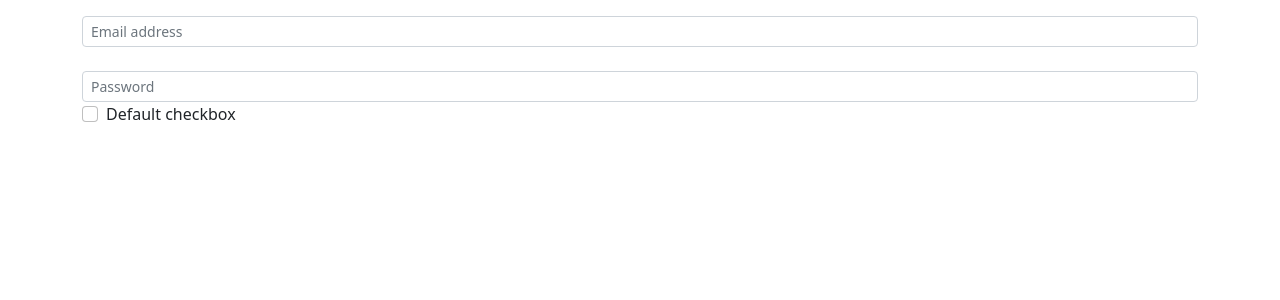
Repository: NPhanA/React2022
Page: / (app in Day 03-React/exercise/)
An editor plug-in stored every save of this project. The page is shown before and after the next save, followed by the edit.
The browser window is 1280 px wide. The pictures show the whole page.
The project was rebuilt for these pictures with package versions that can differ from the ones it lists, and the page was loaded fresh each time. Also part of the build but not shown: Day 03-React/exercise/src/App.css, Day 03-React/exercise/src/App.js, Day 03-React/exercise/src/Components/UserAgent.js, Day 03-React/exercise/src/Components/ProfileCard.js.

Above is the page before, as saved 2022-07-26 17:21:44.

### Day 03-React/exercise/src/index.js
import React from 'react';
import ReactDOM from 'react-dom/client';
import './index.css';
import App from './App';
import reportWebVitals from './reportWebVitals';
import 'bootstrap/dist/css/bootstrap.min.css';
import {createRoot} from 'react-dom/client';
import UserAgent from './Components/UserAgent';
import App1 from './Components/ProfileCard';
import ProfileCard from './Components/ProfileCard';
import SignInForm from './Components/SignInForm';
const container = document.getElementById('root');
const root = createRoot(container);
root.render(<SignInForm />);

### Day 03-React/exercise/src/Components/SignInForm.js
function SignInForm() {
    return (
        <div className="container ">
            <div className="row justify-content-center">
                <form>
                <div className="col-xs-12 col-xxl-3">
                <input type="email" className="form-control form-control-sm mt-3 mb-4" placeholder="Email address" required></input>
                <input type="password" className="form-control form-control-sm" placeholder="Password" required></input>
                </div>
                </form>
                <form className="form-inline">
                <div class="form-check">
                <input className="form-check-input" type="checkbox" value="" id="flexCheckDefault"></input>
                    <label class="form-check-label" for="flexCheckDefault">
                     Default checkbox
                </label>
</div>
                </form>
            </div>
        </div>
    );
}

export default SignInForm;

Loaded but not shown: Day 03-React/exercise/public/index.html (common file); Day 03-React/exercise/src/index.css (common file); Day 03-React/exercise/src/reportWebVitals.js (common file)

After the next save:
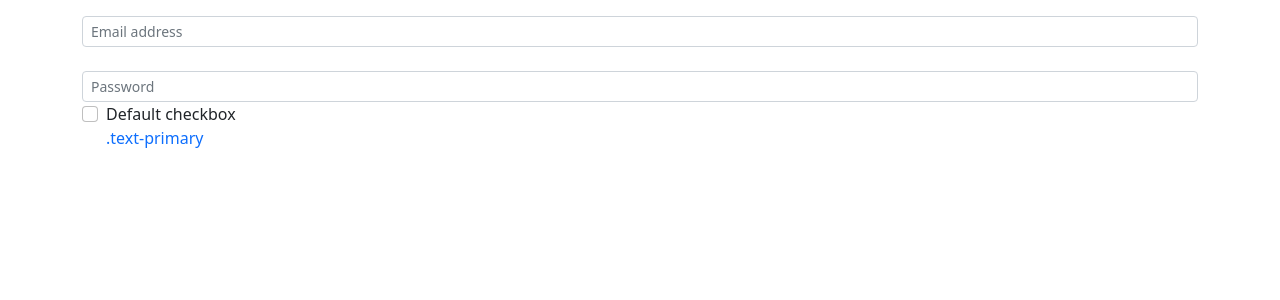
Saved 102 s later.
--- a/Day 03-React/exercise/src/Components/SignInForm.js
+++ b/Day 03-React/exercise/src/Components/SignInForm.js
@@ -14,6 +14,7 @@ function SignInForm() {
                     <label class="form-check-label" for="flexCheckDefault">
                      Default checkbox
                 </label>
+                <p class="text-primary">.text-primary</p>
 </div>
                 </form>
             </div>
